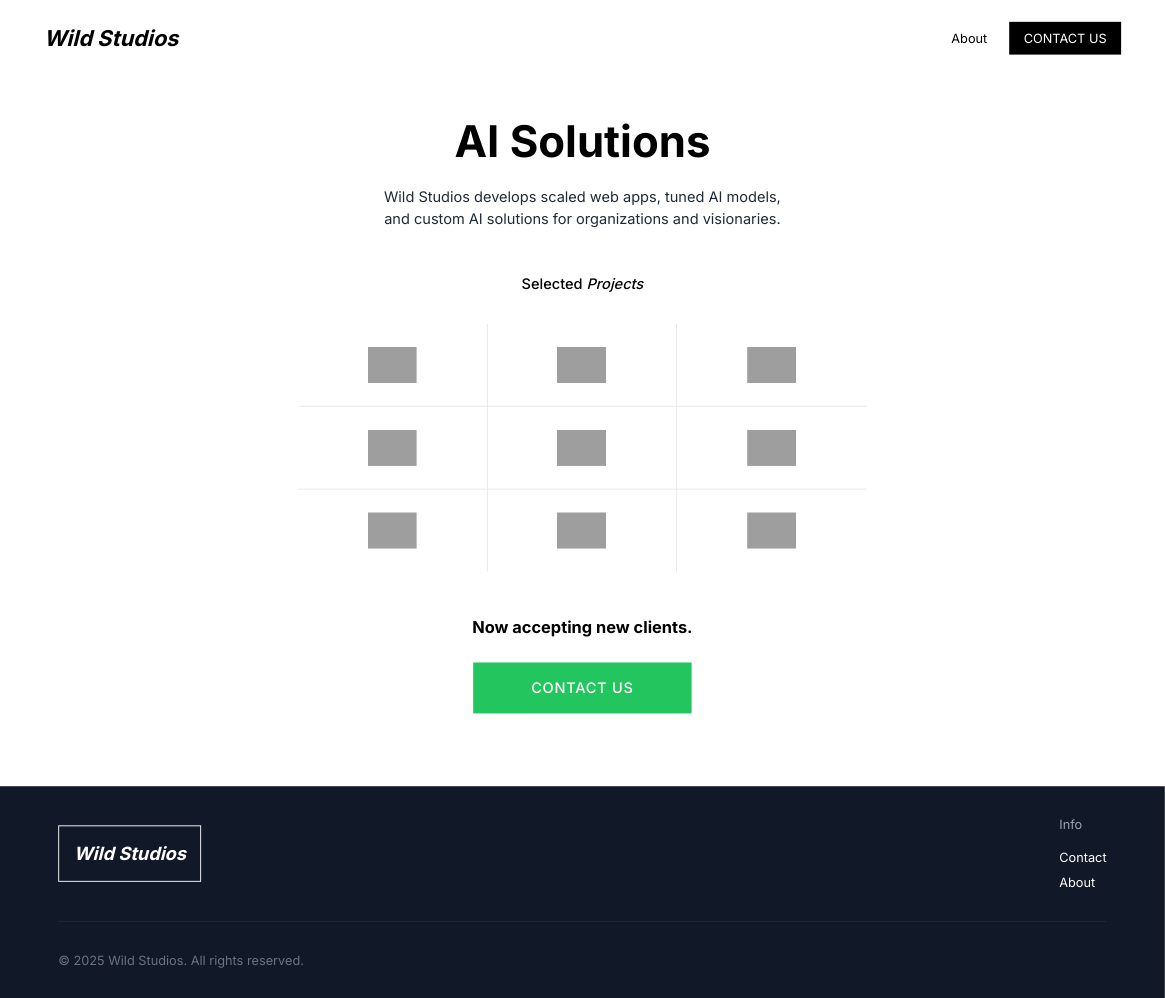
Repository: wpulier/wildstudio
Page: /
An editor plug-in stored every save of this project. The page is shown before and after the next save, followed by the edit.
The browser window is 1280 px wide. The pictures show the whole page, at 91% of full size.
Pictures or frames that could not be fetched are drawn as grey boxes. The project was rebuilt for these pictures with package versions that can differ from the ones it lists, and the page was loaded fresh each time. The framework's server and built-in components were replaced by stand-ins that run in the browser. Also part of the build but not shown: next.config.mjs.

Above is the page before, as saved 2025-03-01 14:31:22.

### src/app/layout.tsx
import type { Metadata } from "next";
import { Inter } from "next/font/google";
import "./globals.css";
import Footer from "./components/Footer";
import Navigation from "./components/Navigation";

const inter = Inter({ subsets: ["latin"] });

export const metadata: Metadata = {
  title: "Wild Studios | Design for the Digital Age",
  description: "Wild Studios designs products for the future. From digital interfaces to brand identities to immersive apps.",
};

export default function RootLayout({
  children,
}: Readonly<{
  children: React.ReactNode;
}>) {
  return (
    <html lang="en">
      <body className={inter.className}>
        <div className="flex flex-col min-h-screen">
          <Navigation />
          <main className="flex-grow mb-8">
            {children}
          </main>
          <Footer />
        </div>
      </body>
    </html>
  );
}

### src/app/page.tsx
import Link from 'next/link';
import { projects } from '@/data/projects';

export default function Home() {
  return (
    <>
      {/* Hero Section */}
      <section className="flex flex-col items-center justify-center text-center px-4 mt-8 md:mt-12">
        <h1 className="text-3xl md:text-5xl font-bold max-w-3xl">
          AI Solutions
        </h1>

        <p className="mt-4 md:mt-6 max-w-2xl text-center text-sm md:text-base text-gray-800">
          Wild Studios develops scaled web apps, tuned AI models,<br />
          and custom AI solutions for organizations and visionaries.
        </p>
      </section>

      {/* Projects Grid Section */}
      <section className="px-4 md:px-6 py-12 mx-auto w-full max-w-2xl">
        <h2 className="text-13 font-medium text-center mb-8">
          Selected <span className="italic">Projects</span>
        </h2>

        {/* Project Grid */}
        <div className="mx-auto mb-12">
          <div className="grid grid-cols-3 mx-auto">
            {projects.map((project, index) => {
              const isRightBorder = index % 3 !== 2;
              const isBottomBorder = index < 6;

              return (
                <Link
                  key={index}
                  href={`/projects/${project.slug}`}
                  className={`
                    block
                    ${isRightBorder ? 'border-r border-gray-200' : ''}
                    ${isBottomBorder ? 'border-b border-gray-200' : ''}
                  `}
                >
                  <div className="h-[90px] w-full flex justify-center items-center group">
                    <img
                      src={project.logo}
                      alt={project.name}
                      className="w-[45%] h-[45%] object-contain transition-transform duration-200
                               group-hover:scale-110"
                    />
                  </div>
                </Link>
              );
            })}
          </div>
        </div>

        {/* CTA Section - Integrated with Projects section */}
        <div className="text-center mt-8">
          <p className="mb-6 font-bold text-lg">Now accepting new clients.</p>
          <Link
            href="/contact"
            className="inline-block bg-[#22c55e] hover:bg-[#16a34a] text-white py-4 px-16 uppercase tracking-wider text-base font-medium transition-colors duration-200"
          >
            CONTACT US
          </Link>
        </div>
      </section>
    </>
  );
}

### src/app/globals.css
@tailwind base;
@tailwind components;
@tailwind utilities;

:root {
  --foreground-rgb: 0, 0, 0;
  --background-rgb: 255, 255, 255;
}

body {
  color: rgb(var(--foreground-rgb));
  background: rgb(var(--background-rgb));
}

a {
  transition: color 0.2s ease;
}

button {
  transition: opacity 0.2s ease;
}

button:hover {
  opacity: 0.9;
}

### src/app/components/Footer.tsx
import Link from 'next/link';

export default function Footer() {
  return (
    <footer className="bg-gray-900 text-white py-6 md:py-8 px-4 md:px-12">
      <div className="max-w-6xl mx-auto">
        <div className="flex flex-col md:flex-row md:justify-between md:items-center">
          {/* Logo */}
          <div className="mb-6 md:mb-0">
            <div className="border border-white p-3 md:p-4 inline-block">
              <span className="text-lg md:text-xl italic font-bold">Wild Studios</span>
            </div>
          </div>

          {/* Simplified Navigation */}
          <div>
            <h4 className="text-xs md:text-sm text-gray-400 mb-2 md:mb-4">Info</h4>
            <ul className="space-y-1 md:space-y-2 text-sm">
              <li><Link href="/contact" className="hover:underline">Contact</Link></li>
              <li><Link href="/about" className="hover:underline">About</Link></li>
            </ul>
          </div>
        </div>

        <div className="mt-6 md:mt-8 pt-4 md:pt-8 border-t border-gray-800 text-xs md:text-sm text-gray-500">
          © {new Date().getFullYear()} Wild Studios. All rights reserved.
        </div>
      </div>
    </footer>
  );
}

### src/app/components/Navigation.tsx
import Link from 'next/link';

export default function Navigation() {
  return (
    <header className="flex justify-between items-center py-4 md:py-6 px-4 md:px-12">
      <Link href="/" className="text-xl md:text-2xl font-bold italic">
        Wild Studios
      </Link>
      <nav className="flex items-center space-x-3 md:space-x-6">
        <Link href="/about" className="text-sm hover:underline">About</Link>
        <Link href="/contact" className="text-sm bg-black text-white px-3 py-1.5 md:px-4 md:py-2">
          CONTACT US
        </Link>
      </nav>
    </header>
  );
}

### src/data/projects.ts
export interface Project {
  name: string;
  slug: string;
  logo: string;
  description: string;
}

export const projects: Project[] = [
  {
    name: "Spotify",
    slug: "spotify",
    logo: "https://upload.wikimedia.org/wikipedia/commons/thumb/8/84/Spotify_icon.svg/232px-Spotify_icon.svg.png",
    description: "Redesigning the listening experience"
  },
  {
    name: "Adobe",
    slug: "adobe",
    logo: "https://upload.wikimedia.org/wikipedia/commons/thumb/8/8d/Adobe_Corporate_Logo.png/220px-Adobe_Corporate_Logo.png",
    description: "Reimagining creative tools"
  },
  {
    name: "Tesla",
    slug: "tesla",
    logo: "https://upload.wikimedia.org/wikipedia/commons/thumb/b/bd/Tesla_Motors.svg/220px-Tesla_Motors.svg.png",
    description: "Future of automotive interfaces"
  },
  {
    name: "Airbnb",
    slug: "airbnb",
    logo: "https://upload.wikimedia.org/wikipedia/commons/thumb/6/69/Airbnb_Logo_B%C3%A9lo.svg/220px-Airbnb_Logo_B%C3%A9lo.svg.png",
    description: "Revolutionizing travel experiences"
  },
  {
    name: "Apple",
    slug: "apple",
    logo: "https://upload.wikimedia.org/wikipedia/commons/thumb/f/fa/Apple_logo_black.svg/220px-Apple_logo_black.svg.png",
    description: "Designing next-gen devices"
  },
  {
    name: "Slack",
    slug: "slack",
    logo: "https://upload.wikimedia.org/wikipedia/commons/thumb/d/d5/Slack_icon_2019.svg/220px-Slack_icon_2019.svg.png",
    description: "Transforming workplace communication"
  },
  {
    name: "Netflix",
    slug: "netflix",
    logo: "https://upload.wikimedia.org/wikipedia/commons/thumb/0/08/Netflix_2015_logo.svg/220px-Netflix_2015_logo.svg.png",
    description: "Reimagining streaming experiences"
  },
  {
    name: "Google",
    slug: "google",
    logo: "https://upload.wikimedia.org/wikipedia/commons/thumb/2/2f/Google_2015_logo.svg/220px-Google_2015_logo.svg.png",
    description: "Creating the search of tomorrow"
  },
  {
    name: "Twitter",
    slug: "twitter",
    logo: "https://upload.wikimedia.org/wikipedia/commons/thumb/6/6f/Logo_of_Twitter.svg/220px-Logo_of_Twitter.svg.png",
    description: "Redefining social conversations"
  }
];

### tailwind.config.js
/** @type {import('tailwindcss').Config} */
module.exports = {
  content: [
    "./src/app/**/*.{js,ts,jsx,tsx}",
    "./src/pages/**/*.{js,ts,jsx,tsx}",
    "./src/components/**/*.{js,ts,jsx,tsx}",
  ],
  theme: {
    extend: {},
  },
  plugins: [],
}

After the next save:
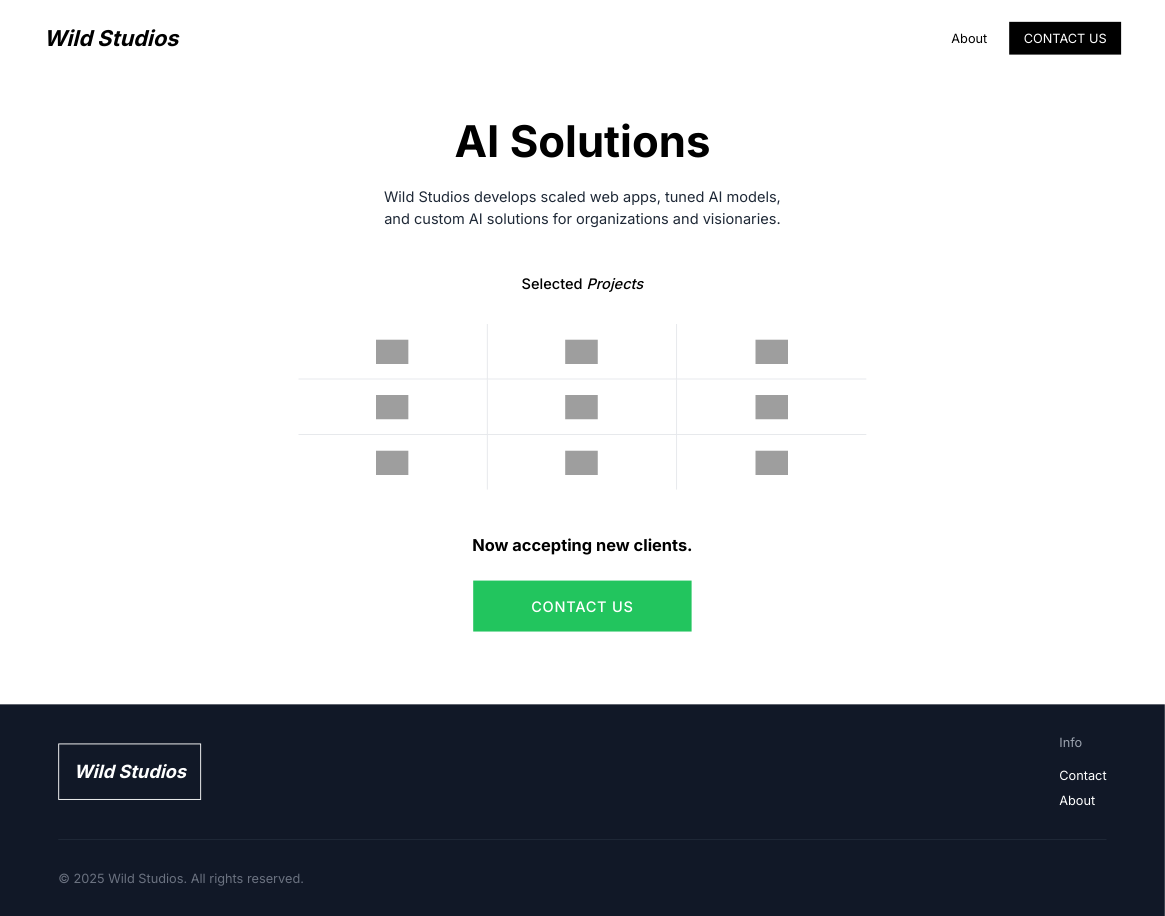
Saved 6 s later.
--- a/src/app/page.tsx
+++ b/src/app/page.tsx
@@ -39,7 +39,7 @@
                     ${isBottomBorder ? 'border-b border-gray-200' : ''}
                   `}
                 >
-                  <div className="h-[90px] w-full flex justify-center items-center group">
+                  <div className="h-[60px] w-full flex justify-center items-center group">
                     <img
                       src={project.logo}
                       alt={project.name}

After the save that followed:
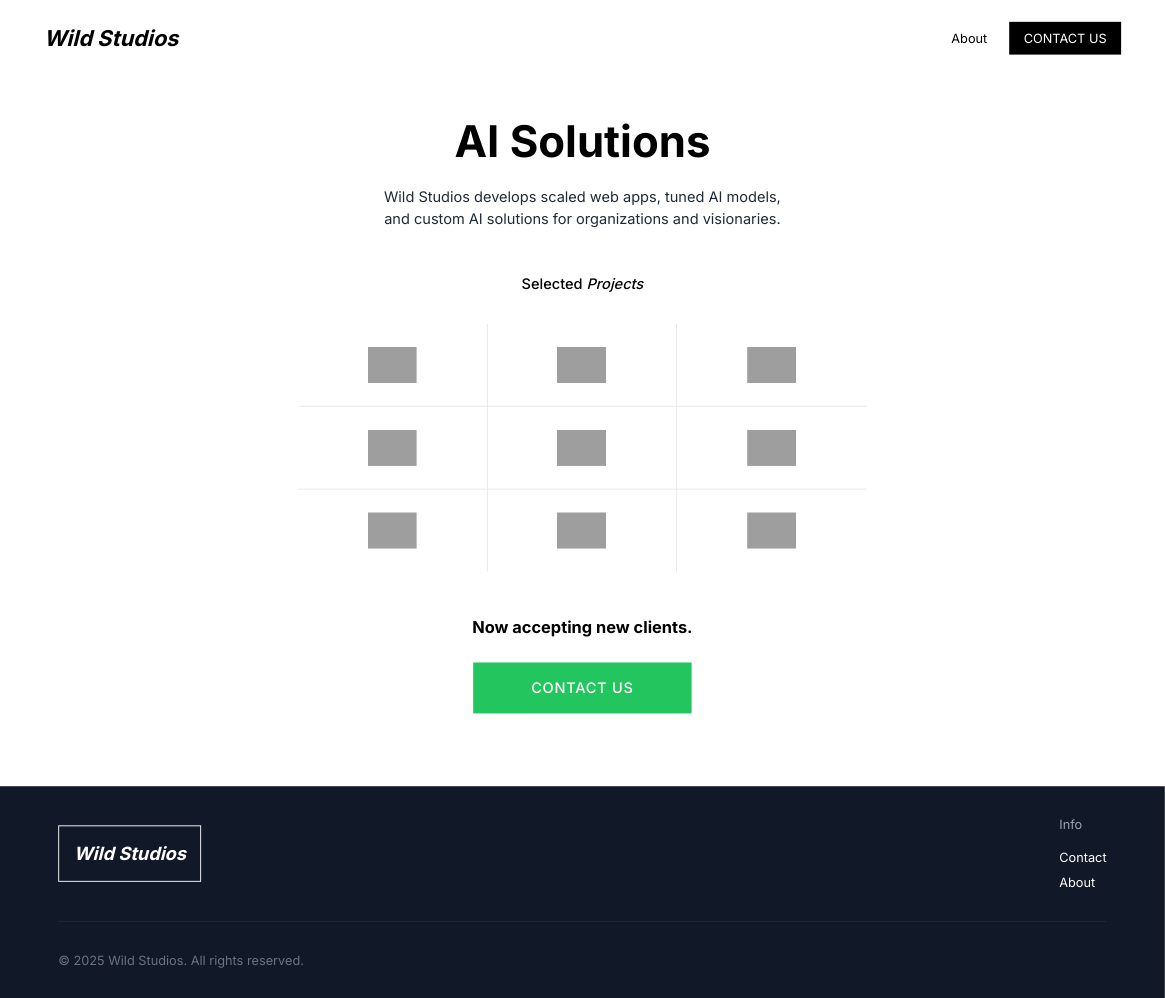
Saved 8 s later.
--- a/src/app/page.tsx
+++ b/src/app/page.tsx
@@ -39,7 +39,7 @@
                     ${isBottomBorder ? 'border-b border-gray-200' : ''}
                   `}
                 >
-                  <div className="h-[60px] w-full flex justify-center items-center group">
+                  <div className="h-[90px] w-full flex justify-center items-center group">
                     <img
                       src={project.logo}
                       alt={project.name}
